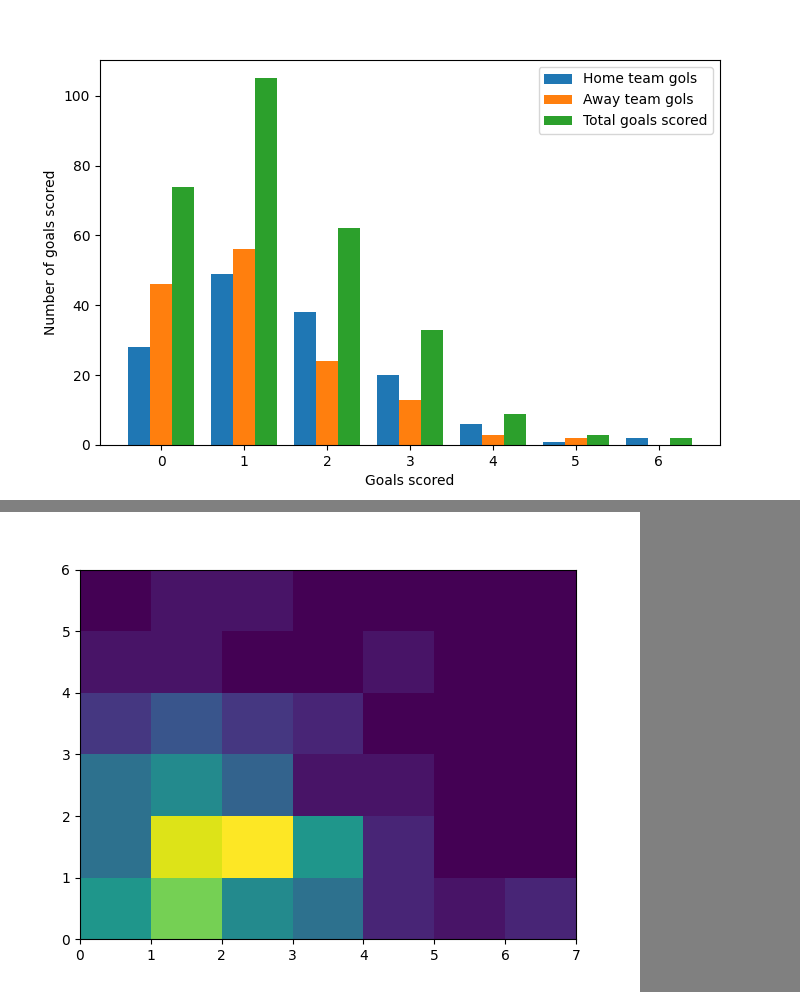
Repository: nelsonalexandrino/python_matplotlib_datavisualization_
Script's output: python Histograms.py
The author's editor kept a copy of each file at every save. The script's output is drawn from the files as they stood at one save, then again after the next save.
Each picture stacks the figures in order, with grey between them; figures that are only written to a file come last. Random numbers start from a fixed seed.

Above is the script's output before, as saved 2019-08-25 12:56:08.

After the next save:
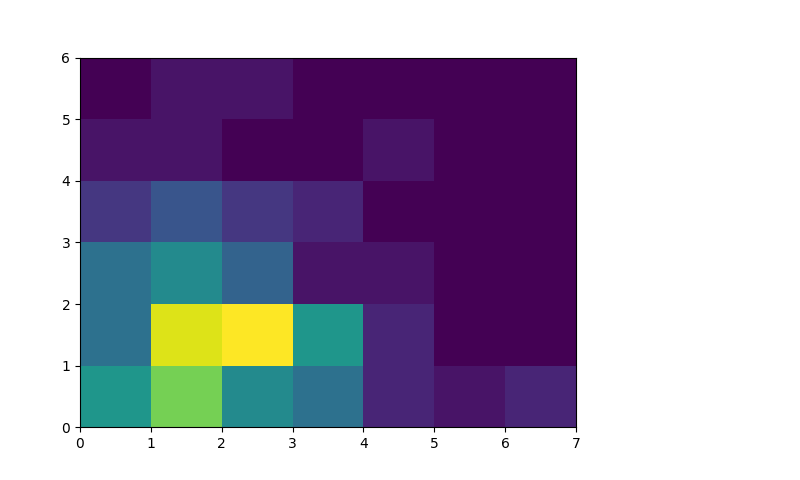
Saved 7 s later.
--- a/Histograms.py
+++ b/Histograms.py
@@ -6,15 +6,6 @@ with open('Goals.txt', 'r') as file:
     AwayTeamGoals = [int(x) for x in file.readline().strip(
         '\n').strip(' ').split(' ')]
 
-total_goals = HomeTeamGoals + AwayTeamGoals
-pyplot.figure(figsize=(8, 5))
-pyplot.hist(x=(HomeTeamGoals, AwayTeamGoals, total_goals), bins=range(8),
-            label=['Home team gols', 'Away team gols', 'Total goals scored'], align='left')
-pyplot.legend()
-pyplot.xlabel('Goals scored')
-pyplot.ylabel('Number of goals scored')
-pyplot.show()
-
 
 pyplot.hist2d(x=HomeTeamGoals, y=AwayTeamGoals, bins=(range(8), range(7)))
 pyplot.figure(figsize=(8, 5))
